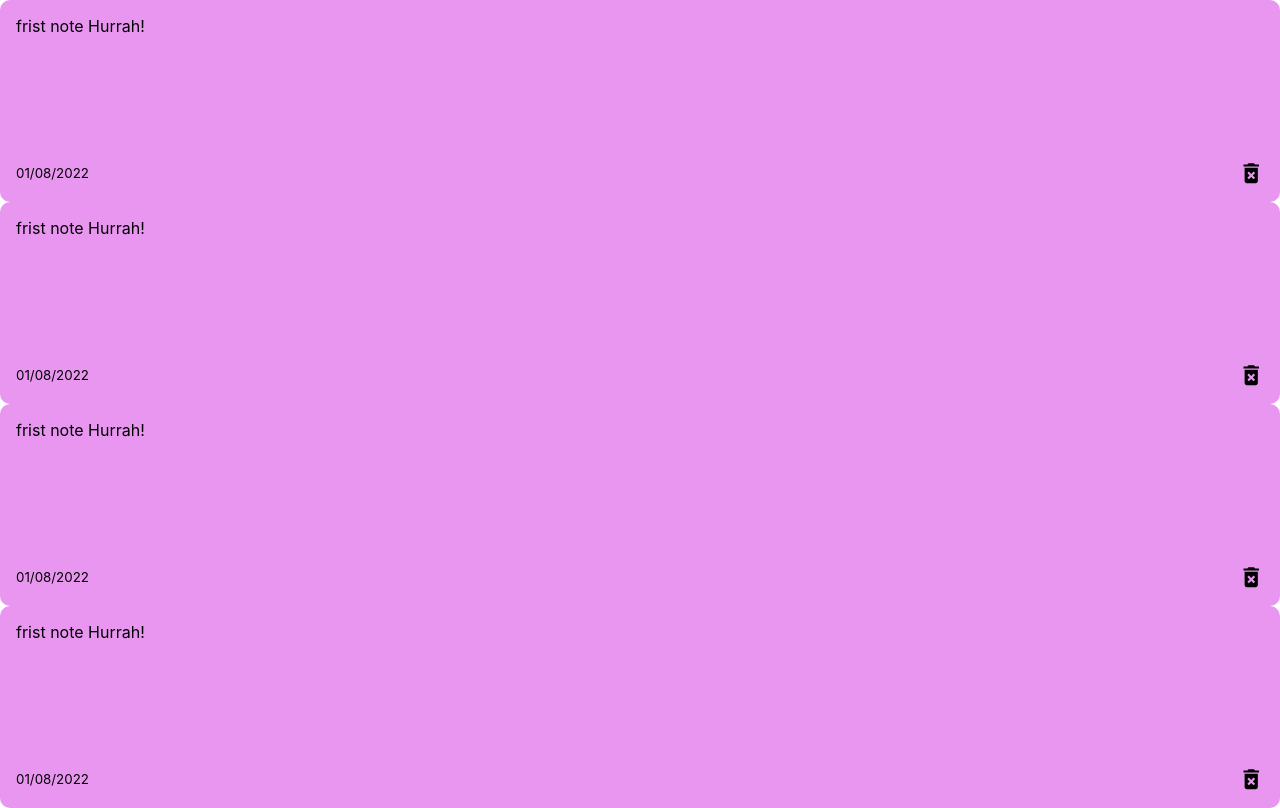
Repository: DeraBola/react-notes-app
Page: /
An editor plug-in stored every save of this project. The page is shown before and after the next save, followed by the edit.
The browser window is 1280 px wide. The pictures show the whole page.
The project was rebuilt for these pictures with package versions that can differ from the ones it lists, and the page was loaded fresh each time.

Above is the page before, as saved 2022-08-01 08:39:14.

### src/index.js
import React from 'react';
import ReactDOM from 'react-dom/client';
import './index.css';
import App from './App';


const root = ReactDOM.createRoot(document.getElementById('root'));
root.render(
  <React.StrictMode>
    <App />
  </React.StrictMode>
);

### src/index.css
body {
    margin: 0;
    font-family: -apple-system, BlinkMacSystemFont, 'Segoe UI', 'Roboto', 'Oxygen', 'Ubuntu', 'Cantarell', 'Fira Sans', 'Droid Sans', 'Helvetica Neue', sans-serif;
    -webkit-font-smoothing: antialiased;
    -moz-osx-font-smoothing: grayscale;
}

code {
    font-family: source-code-pro, Menlo, Monaco, Consolas, 'Courier New', monospace;
}

.notes-list {
    display: grid;
    grid-gap: ;
}

.note {
    background-color: #e996f1;
    border-radius: 10px;
    padding: 1rem;
    min-height: 170px;
    display: flex;
    flex-direction: column;
    justify-content: space-between;
}

.note-footer {
    display: flex;
    align-items: center;
    justify-content: space-between;
}

### src/App.js
import NotesList from './components/NotesList';

 const App = () =>{
   return(
    <div className="container" >
      <NotesList />
    </div>
   )
 }

 export default App;

### src/components/NotesList.js
import Note from './Note';

const NotesList  = () => {
return(
    <div className='notes-list'>
        <Note />
        <Note />
        <Note />
        <Note />
    </div>
);
};

export default NotesList;

### src/components/Note.js

import { MdDeleteForever } from 'react-icons/md'

const Note  = () => {
    return(
        <div className='note'>
             <span>frist note Hurrah!</span>
             <div className="note-footer">
                <small>01/08/2022</small>
                <MdDeleteForever className='delete-icon' size='0.7cm' />
             </div>
        </div>
    );
    };

    export default Note;

Loaded but not shown: public/index.html (common file)

After the next save:
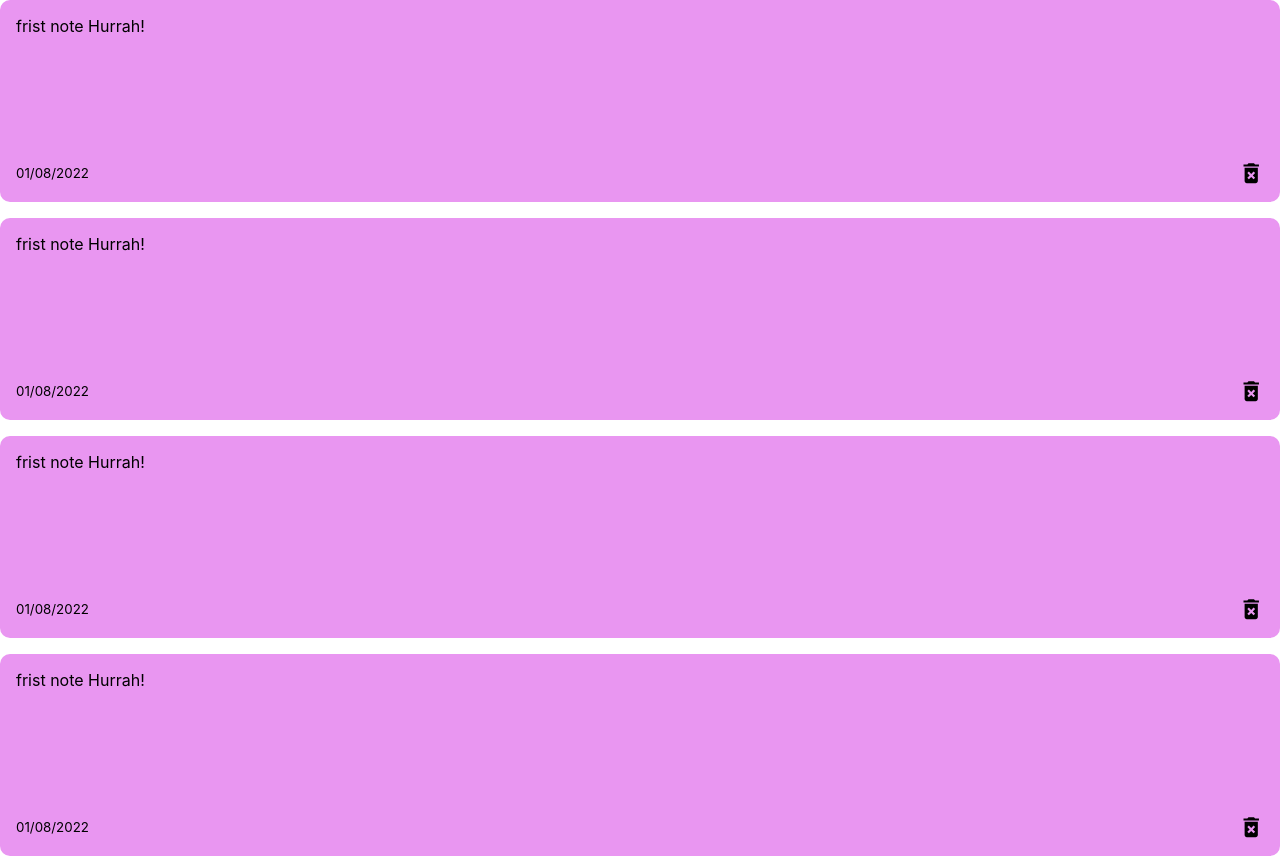
Saved 14 s later.
--- a/src/index.css
+++ b/src/index.css
@@ -11,7 +11,8 @@ code {
 
 .notes-list {
     display: grid;
-    grid-gap: ;
+    grid-gap: 1rem;
+    grid-template-columns: ;
 }
 
 .note {
